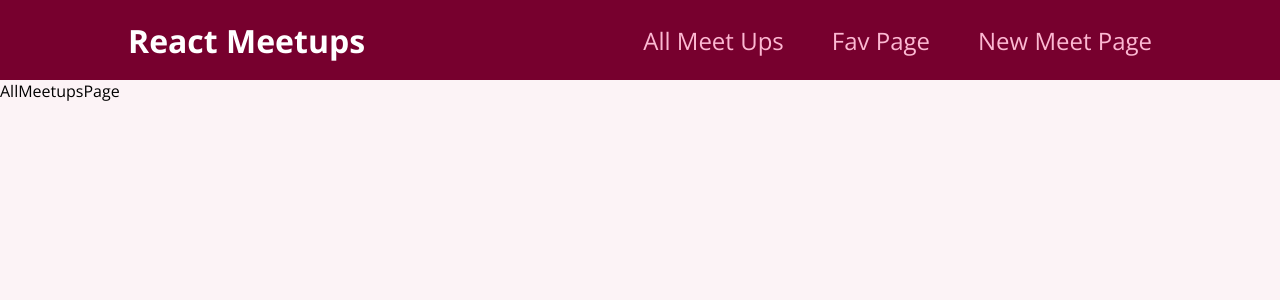
Repository: portretrieve/react-meetup-app
Page: /
These files come from the project's save history. The page is drawn as it stood at one moment and after the next save; the edit follows.
The browser window is 1280 px wide. The pictures show the whole page.
The project was rebuilt for these pictures with package versions that can differ from the ones it lists, and the page was loaded fresh each time. A package was used in the major version that the imports need, not the one package.json lists. Also part of the build but not shown: src/pages/Favourites.js, src/pages/NewMeetup.js.

Above is the page before, as saved 2021-08-17 18:17:45.

### src/App.js
import { Route, Switch } from "react-router-dom";

import AllMeetupsPage from "./pages/AllMeetups";
import FavouritesPage from "./pages/Favourites";
import NewMeetupPage from "./pages/NewMeetup";
import MainNavigation from "./components/layout/MainNavigation";

function App() {
  return (
    <div>
      <MainNavigation></MainNavigation>
      <Switch>
        <Route path="/" exact>
          <AllMeetupsPage />
        </Route>
        <Route path="/fav">
          <FavouritesPage />
        </Route>
        <Route path="/meet">
          <NewMeetupPage />
        </Route>
      </Switch>
    </div>
  );
}

export default App;

### src/pages/AllMeetups.js
import React from "react";

function AllMeetupsPage() {
  return <div>AllMeetupsPage</div>;
}

export default AllMeetupsPage;

### src/components/layout/MainNavigation.js
import { Link } from "react-router-dom";
import classes from "./MainNavigation.module.css";

function MainNavigation() {
  return (
    <header className={classes.header}>
      <div className={classes.logo}>React Meetups</div>
      <nav>
        <ul>
          <li>
            <Link to="/">All Meet Ups</Link>
          </li>
          <li>
            <Link to="/fav">Fav Page</Link>
          </li>
          <li>
            <Link to="/meet">New Meet Page</Link>
          </li>
        </ul>
      </nav>
    </header>
  );
}

export default MainNavigation;

Loaded but not shown: public/index.html (common file); src/index.js (common file); src/index.css (common file); src/components/layout/MainNavigation.module.css (common file)

After the next save:
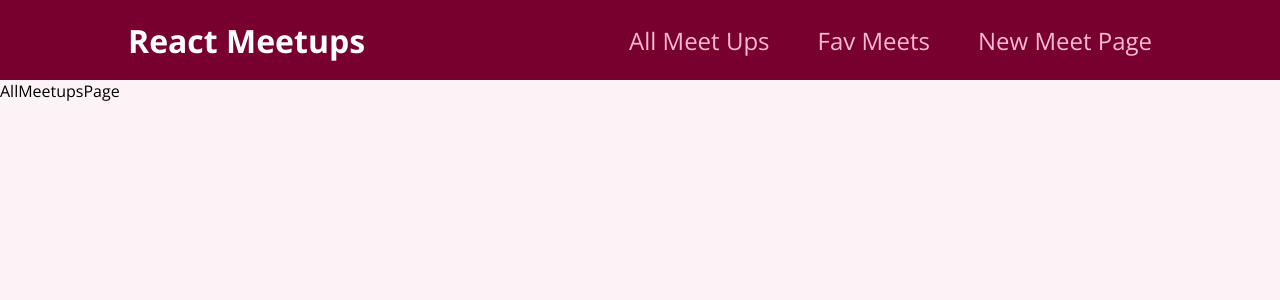
Saved 9 s later.
--- a/src/components/layout/MainNavigation.js
+++ b/src/components/layout/MainNavigation.js
@@ -11,7 +11,7 @@ function MainNavigation() {
             <Link to="/">All Meet Ups</Link>
           </li>
           <li>
-            <Link to="/fav">Fav Page</Link>
+            <Link to="/fav">Fav Meets</Link>
           </li>
           <li>
             <Link to="/meet">New Meet Page</Link>
